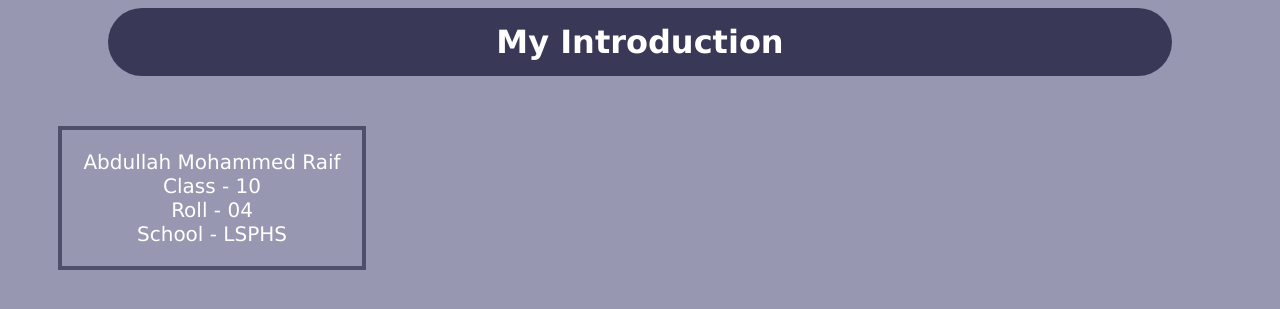
Repository: Raif-007/Portfolio
Page: index.html
An editor plug-in stored every save of this project. The page is shown before and after the next save, followed by the edit.
The browser window is 1280 px wide. The pictures show the whole page.

Above is the page before, as saved 2021-07-05 17:15:14.

### index.html
<!DOCTYPE html>
<html lang="en">

<head>
    <meta charset="UTF-8">
    <meta http-equiv="X-UA-Compatible" content="IE=edge">
    <meta name="viewport" content="width=device-width, initial-scale=1.0">
    <title>Portfolio</title>
    <link rel="stylesheet" href="styles.css">
</head>

<body>

    <h1>
        My Introduction
    </h1>
    <div>

        <p>
            Abdullah Mohammed Raif
            <br> Class - 10
            <br> Roll - 04
            <br> School - LSPHS

        </p>


    </div>
</body>

</html>

### styles.css
            body {
                background-color: rgba(54, 54, 105, 0.514);
                color: #ffffff;
                font-family: Verdana, Geneva, Tahoma, sans-serif;
                text-align: center;
            }

            h1 {
                background-color: rgba(25, 25, 56, 0.74);
                padding: 15px;
                margin: 0px 100px;
                border-radius: 50px;
            }

            div {
                font-size: 20px;
                border: 4px solid rgba(25, 25, 56, 0.568);
                width: 300px;
                margin-left: 480px;
                margin: 50px;
            }

After the next save:
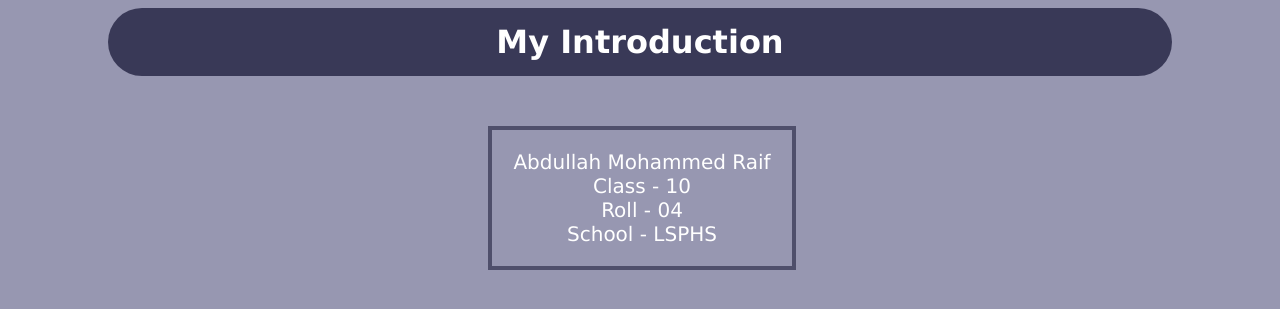
Saved 14 s later.
--- a/styles.css
+++ b/styles.css
@@ -17,5 +17,5 @@
                 border: 4px solid rgba(25, 25, 56, 0.568);
                 width: 300px;
                 margin-left: 480px;
-                margin: 50px;
+                margin-top: 50px;
             }
